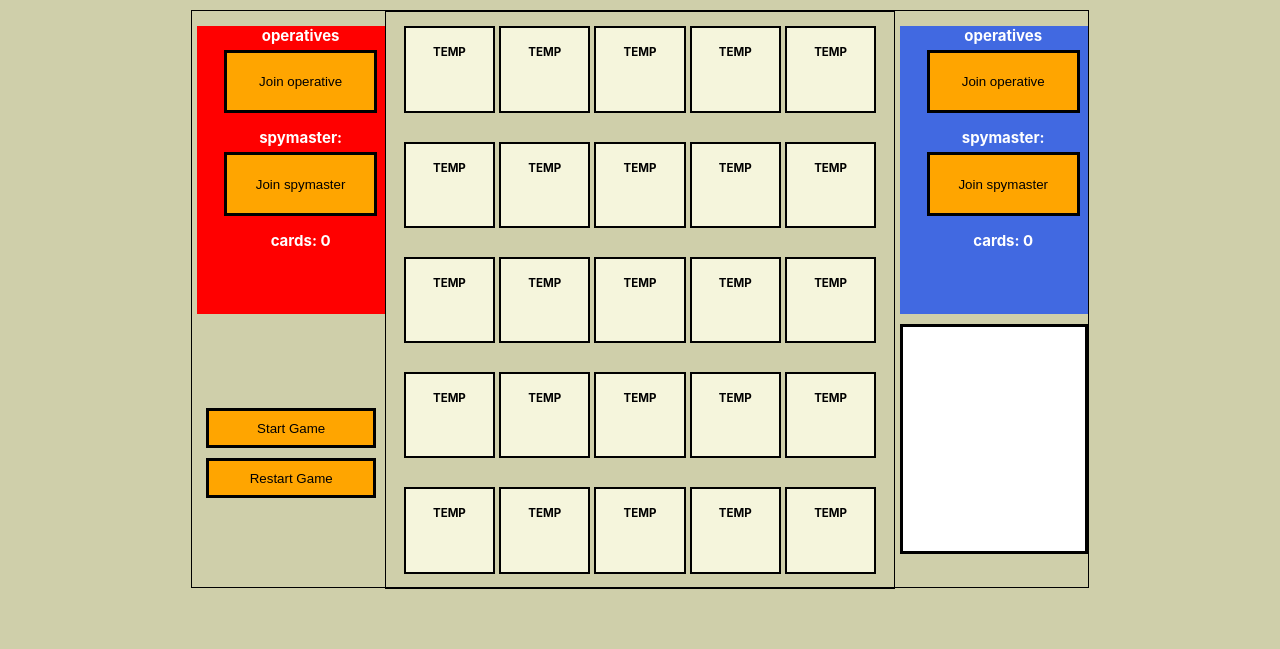
Repository: alcarrizo/Codenames-Fullstack
Page: / (app in client/)
An editor plug-in stored every save of this project. The page is shown before and after the next save, followed by the edit.
The browser window is 1280 px wide. The pictures show the whole page.
The page's requests for data from a server got no answer. The project was rebuilt for these pictures with package versions that can differ from the ones it lists, and the page was loaded fresh each time. No one was signed in, and anything a server would have sent is missing. Imported but missing from the stored project, and not drawn on this page: client/src/reportWebVitals.

Above is the page before, as saved 2023-01-20 18:12:35.

### client/src/index.js
import React from 'react';
import ReactDOM from 'react-dom/client';
import './index.css';
import App from './App';
import reportWebVitals from './reportWebVitals';
import './css/styles.css'


const root = ReactDOM.createRoot(document.getElementById('root'));
root.render(
  <React.StrictMode>
    <App />
  </React.StrictMode>
);

// If you want to start measuring performance in your app, pass a function
// to log results (for example: reportWebVitals(console.log))
// or send to an analytics endpoint. Learn more: https://bit.ly/CRA-vitals
reportWebVitals();

### client/src/App.js
import logo from './logo.svg';
import './App.css';
import { useState, useEffect } from 'react';
import { io } from "socket.io-client";

const Card = ({ card, revealCard, player }) => {

  var className = 'card '
  className = player.role === 'spymaster' ? className + card.team : className
  className = card.clicked ? "card " + card.team + ' picked' : className

  return (
    <div className={className} onClick={() => revealCard(card.id)}>
      {card.word === null ? 'temp' : card.word}
    </div >
  )
}

const PlayerInfo = ({ joinClass, className, joinTeam, numCards }) => {


  return (
    <div className={className + "Team"}>
      <p>operatives </p>
      <p id={className + '-operative-players'}></p>
      <Btn onClick={() => joinTeam(className, 'operative')} className={joinClass} id={className + '-join-operative'} name="Join operative" />
      <p>spymaster: </p>
      <p id={className + '-spymaster-players'}></p>
      <Btn onClick={() => joinTeam(className, 'spymaster')} className={joinClass} id={className + '-join-spymaster'} name="Join spymaster" />
      <p id={className + '-remaining-cards'}>{'cards: ' + numCards}</p>
    </div>
  )

}

const Btn = (props) => {
  return (
    <button id={props.id} onClick={props.onClick} className={props.className}>{props.name}</button>
  )
}

const App = () => {

  const [cards, setCards] = useState(Array(25).fill({
    id: 0,
    word: null,
    team: 'beige',
    clicked: false
  }).map((c, i) => {
    return {
      ...c, id: i
    }
  }
  ))

  // player object
  const [player, setPlayer] = useState({
    name: 'Joker',
    team: null,
    role: null,
    joined: false
  })

  const [clueGiven, setClueGiven] = useState(false)

  // Keeps track of turns
  const [turn, setTurn] = useState('')
  document.body.className = turn

  const [gameStart, setGameStart] = useState(false)

  const [pickLimit, setPickLimit] = useState(0)

  // keeps tracks of how many cards have been clicked in a turn
  const [cardsPicked, setCardsPicked] = useState(0)

  const socket = io()

  socket.on('game-start', game => {
    console.log(game)
  })

  const startGametwo = () => {
    socket.emit('start-game')
  }

  //reveals the clue class if the player is the spymaster,
  //they have the turn, and a clue hasn't been given
  var clueClass = player.team === turn && player.role === 'spymaster' && !clueGiven ? 'clue-area' : 'clue-area hide'
  // revealing the end turn button if it's your turn and your role isn't spymaster
  var endClass = player.team === turn && player.role !== 'spymaster' ? 'menuBtn' : 'menuBtn hide'

  // reveals/hides the join team buttons depending on whether the player has joined or not
  var joinClass = player.joined ? 'join-button hide' : 'join-button'

  var words = "Africa, Agent, Air, Alien, Alps, Amazon, Ambulance, America, Angel, Antarctica, Apple, Arm, Atlantis, Australia, Aztec, Back, Ball, Band, Bank, Bar, Bark, Bat, Battery, Beach, Bear, Beat, Bed, Beijing, Bell, Belt, Berlin, Bermuda, Berry, Bill, Block, Board, Bolt, Bomb, Bond, Boom, Boot, Bottle, Bow, Box, Bridge, Brush, Buck, Buffalo, Bug, Bugle, Button, Calf, Canada, Cap, Capital, Car, Card, Carrot, Casino, Cast, Cat, Cell, Centaur, Center, Chair, Change, Charge, Check, Chest, Chick, China, Chocolate, Church, Circle, Cliff, Cloak, Club, Code, Cold, Comic, Compound, Concert, Conductor, Contract, Cook, Copper, Cotton, Court, Cover, Crane, Crash, Cricket, Cross, Crown, Cycle, Czech, Dance, Date, Day, Death, Deck, Degree, Diamond, Dice, Dinosaur, Disease, Doctor, Dog, Draft, Dragon, Dress, Drill, Drop, Duck, Dwarf, Eagle, Egypt, Embassy, Engine, England, Europe, Eye, Face, Fair, Fall, Fan, Fence, Field, Fighter, Figure, File, Film, Fire, Fish, Flute, Fly, Foot, Force, Forest, Fork, France, Game, Gas, Genius, Germany, Ghost, Giant, Glass, Glove, Gold, Grace, Grass, Greece, Green, Ground, Ham, Hand, Hawk, Head, Heart, Helicopter, Himalayas, Hole, Hollywood, Honey, Hood, Hook, Horn, Horse, Horseshoe, Hospital, Hotel, Ice, Ice cream, India, Iron, Ivory, Jack, Jam, Jet, Jupiter, Kangaroo, Ketchup, Key, Kid, King, Kiwi, Knife, Knight, Lab, Lap, Laser, Lawyer, Lead, Lemon, Leprechaun, Life, Light, Limousine, Line, Link, Lion, Litter, Loch ness, Lock, Log, London, Luck, Mail, Mammoth, Maple, Marble, March, Mass, Match, Mercury, Mexico, Microscope, Millionaire, Mine, Mint, Missile, Model, Mole, Moon, Moscow, Mount, Mouse, Mouth, Mug, Nail, Needle, Net, New york, Night, Ninja, Note, Novel, Nurse, Nut, Octopus, Oil, Olive, Olympus, Opera, Orange, Organ, Palm, Pan, Pants, Paper, Parachute, Park, Part, Pass, Paste, Penguin, Phoenix, Piano, Pie, Pilot, Pin, Pipe, Pirate, Pistol, Pit, Pitch, Plane, Plastic, Plate, Platypus, Play, Plot, Point, Poison, Pole, Police, Pool, Port, Post, Pound, Press, Princess, Pumpkin, Pupil, Pyramid, Queen, Rabbit, Racket, Ray, Revolution, Ring, Robin, Robot, Rock, Rome, Root, Rose, Roulette, Round, Row, Ruler, Satellite, Saturn, Scale, School, Scientist, Scorpion, Screen, Scuba diver, Seal, Server, Shadow, Shakespeare, Shark, Ship, Shoe, Shop, Shot, Sink, Skyscraper, Slip, Slug, Smuggler, Snow, Snowman, Sock, Soldier, Soul, Sound, Space, Spell, Spider, Spike, Spine, Spot, Spring, Spy, Square, Stadium, Staff, Star, State, Stick, Stock, Straw, Stream, Strike, String, Sub, Suit, Superhero, Swing, Switch, Table, Tablet, Tag, Tail, Tap, Teacher, Telescope, Temple, Theater, Thief, Thumb, Tick, Tie, Time, Tokyo, Tooth, Torch, Tower, Track, Train, Triangle, Trip, Trunk, Tube, Turkey, Undertaker, Unicorn, Vacuum, Van, Vet, Wake, Wall, War, Washer, Washington, Watch, Water, Wave, Web, Well, Whale, Whip, Wind, Witch, Worm, Yard".split(',')

  //keeps track of how many cards the user can click given by the spymaster
  const revealCard = (id) => {
    const card = cards.find(c => c.id === id)
    //operatives can't click cards until a clue has been given
    if (!clueGiven) {
      return
    }
    // clicked cards can't be re-clicked
    if (card.clicked) {
      return
    }
    // // makes it so that spymasters, the other team, and spectators
    // //can't click cards during your turn
    // if (player.role === 'spymaster' || player.team !== turn || !player.joined) {
    //   return
    // }

    //prevents people from clicking the cards if the game hasn't
    // started/ ended
    if (!gameStart) {
      return
    }
    //incrementing cards picked
    setCardsPicked(cardsPicked + 1)

    // The plus 1 on cardspicked is because it's behind by 1 number
    if (card.team !== turn || cardsPicked + 1 === pickLimit + 1) {
      if (card.team !== 'black') changeTurn()
    }

    const revealedCard = { ...card, clicked: true }
    setCards(cards.map(c => c.id === id ? revealedCard : c))

  }

  const assignCards = (size, usedArr, arr, ranNum) => {
    // for loop to select 25 unique random words
    for (let i = 0; i < size; i++) {
      let randumNum = Math.round(Math.random() * ranNum)

      while (usedArr.includes(randumNum)) {
        randumNum = Math.round(Math.random() * ranNum)
      }
      usedArr.push(randumNum)
      arr.push(randumNum)
    }
  }

  const changeTurn = () => {
    // changes turn to the opposite team
    const newTurn = turn === 'blue' ? 'red' : 'blue'
    setTurn(newTurn)
    setClueGiven(false)
    setCardsPicked(0)
  }

  const startGame = () => {
    setGameStart(true)
    //randomizing who goes first
    let randNum = Math.round(Math.random())
    const whoseTurn = randNum === 0 ? 'blue' : 'red'
    setTurn(whoseTurn)

    // array to hold the words
    var cardWords = []
    // Keeps track of the selected words to avoid using the same word twice
    var usedWords = []

    // getting the 25 words to be used
    assignCards(25, usedWords, cardWords, 399)

    cardWords = cardWords.map(i => words[i])
    // assigning cards to teams
    // resetting the card team arrays
    var redCards = []
    var blueCards = []
    var blackCard = []
    usedWords = []

    // The one who goes first gets 9 cards, otherwise they get 8
    let blueSize = whoseTurn === 'blue' ? 9 : 8
    let redSize = whoseTurn === 'red' ? 9 : 8

    // getting the black card
    assignCards(1, usedWords, blackCard, 24)

    // picking the blue cards
    assignCards(blueSize, usedWords, blueCards, 24)

    // picking the red cards
    assignCards(redSize, usedWords, redCards, 24)

    const newCards = cards.map((c, i) => {
      let team = 'beige'
      if (redCards.includes(i)) {
        team = 'red'
      }
      else if (blueCards.includes(i)) {
        team = 'blue'
      }
      else if (blackCard.includes(i)) {
        team = 'black'
      }
      return { ...c, clicked: false, word: cardWords[i], team: team }
    })
    setCards(newCards)

    // removing the start game button since the game has started
    document.getElementById('startBtn').className += ' hide'

  }

  const joinTeam = (team, role) => {
    const playerTeam = team === 'blue' ? 'blue' : 'red'
    const playerRole = role === 'operative' ? 'operative' : 'spymaster'

    const newPlayer = { ...player, role: playerRole, team: playerTeam, joined: true }

    //adding player's name to their role location
    document.getElementById(playerTeam + "-" + playerRole + "-players").innerHTML += player.name + " "


    setPlayer(newPlayer)
  }

  const restart = () => {

    setGameStart(false)

    // clearing the team name tags
    document.getElementById("blue-operative-players").innerHTML = " "
    document.getElementById("blue-spymaster-players").innerHTML = " "
    document.getElementById("red-operative-players").innerHTML = " "
    document.getElementById("red-spymaster-players").innerHTML = " "

    // resetting the cards to pre game state
    const newCards = cards.map(c => {
      return {
        ...c,
        word: null,
        team: 'beige',
        clicked: false
      }
    })
    setCards(newCards)

    // resetting player to pre game state
    const newPlayer = {
      ...player,
      team: null,
      role: null,
      joined: false
    }
    setPlayer(newPlayer)

    //resetting Turns to pre game state
    setTurn('')

    //bringing back the start game button
    document.getElementById('startBtn').className = 'menuBtn'

    //resetting the winScreen
    document.getElementById('win-screen').className = 'win-screen hide'

    //resetting the clue variables
    setClueGiven(false)
    setCardsPicked(0)
    setPickLimit(0)
    // resetting the clue log
    document.getElementById('clue-log').innerHTML = ''
  }

  //checks if someone has won whenever a card is picked
  useEffect(() => {
    if (!gameStart) {
      return
    }
    let newWin = false
    let winningTeam = ''
    if (cards.filter(c => c.team === 'blue' && !c.clicked).length === 0) {
      newWin = true
      winningTeam = 'blue'
    }
    else if (cards.filter(c => c.team === 'red' && !c.clicked).length === 0) {
      newWin = true
      winningTeam = 'red'
    }
    else if (cards.filter(c => c.team === 'black' && !c.clicked).length === 0) {
      newWin = true
      winningTeam = turn === 'blue' ? 'red' : 'blue'
    }

    if (newWin === true) {
      setGameStart(false)
      document.getElementById('win-screen').className = 'win-screen'
      document.getElementById('win-screen').innerHTML = winningTeam + ' has won'

      setCards(cards.map(c => { return { ...c, clicked: true } }))
      setTurn(winningTeam)
    }
  }, [cards])


  const giveClue = () => {

    let clue = document.getElementById('clue-text').value
    let clueNum = document.getElementById('clueRange').value
    let limit = clueNum === '10' || clueNum === '0' ? 10 : Number(clueNum)
    clueNum = clueNum === '10' ? "&infin;" : clueNum

    document.getElementById('clue-log').innerHTML += turn + ': ' + clue + ' ' + clueNum + '<br>'
    setClueGiven(true)
    setPickLimit(limit)

    //resetting the clue fields after they are used
    document.getElementById("clueRange").value = '0'
    document.getElementById('clue-text').value = ''
    document.getElementById("rangeNumber").innerHTML = "0"
  }

  const updateClueNum = () => {
    if (document.getElementById("clueRange").value === '10') {
      document.getElementById("rangeNumber").innerHTML = "&infin;"
    }
    else {
      document.getElementById("rangeNumber").innerHTML = document.getElementById("clueRange").value
    }
  }

  return (
    <div className="App">
      <div className='win-screen hide' id='win-screen'></div>

      {/* <button onClick={() => { giveClue('test') }}>test</button> */}

      <div className='wrapper'>
        <div className={"redSide"}>
          <PlayerInfo numCards={cards.filter(c => c.team === 'red' && !c.clicked).length} joinClass={joinClass} joinTeam={joinTeam} className={'red'} />
          <div className='menu'>
            <Btn className='menuBtn' onClick={() => startGame()} id="startBtn" name="Start Game" />
            <Btn className='menuBtn' onClick={() => restart()} id="resetBtn" name="Restart Game" />
          </div>
        </div>

        <div className='gameBoard'>
          {
            cards.map((card) =>
              <Card
                player={player}
                key={card.id}
                card={card}
                revealCard={revealCard} />
            )
          }

        </div>

        <div className={"blueSide"}>
          <PlayerInfo numCards={cards.filter(c => c.team === 'blue' && !c.clicked).length} joinClass={joinClass} joinTeam={joinTeam} className={'blue'} />
          <div id='clue-log' className='clue-log'></div>
          <Btn onClick={() => changeTurn()} className={endClass} id="endTurn" name="End Turn" />
        </div>


      </div>

      <div className={clueClass} id='clue-area'>
        <input className='clue-text' id='clue-text' type="text" />
        <div className="rangeDiv" id="rangeDiv">
          <input onChange={() => { updateClueNum() }} className="clue-range" id='clueRange' type="range" autoComplete='off' min="0" max="10" defaultValue="0" />
          <h3 className="range-number" id="rangeNumber">0</h3>
        </div>
        <Btn onClick={() => { giveClue() }} className="clue-submit" id="clue-submit" name="Give Clue" />
      </div>

    </div>
  );
}

export default App;

### client/src/css/styles.css
h1 {
    margin-bottom: 3px;
}

body {
    background-color: #cfcfaa;
}

body.red {
    background-color: #b44c2b;
}

body.blue {
    background-color: #4799b7;
}

.wrapper {
    position: relative;
    border: 0.05rem solid black;
    width: 70%;
    height: 80vh;
    display: flex;
    background: none;
    margin: 10px auto 0;

}

.gameBoard {
    display: flex;
    flex-wrap: wrap;
    justify-content: center;
    text-align: center;
    width: 35rem;
    height: 100%;
    /*   width: 500px;
    height: 500px; */
    /*width: 15rem;
    height: 15rem;
    */
    border: 0.05rem solid black;
    margin: auto;
}



.card {
    /* background-color: royalblue; */
    background-color: beige;
    box-sizing: border-box;
    /*width: 75px;
    height: 65px;
  */
    /*   width: 5.5rem;
    height: 5rem; */
    width: 18%;
    height: 15%;
    margin: auto 2px;
    border: 2px black solid;
    font-size: .9vw;
    padding-top: 17px;
    text-transform: uppercase;
    font-weight: bold;
    transition: none;
}

.card.blue {
    background-color: royalblue;

}

.card.red {
    background-color: #ff6000;
}

.card.black {
    background-color: black;
    color: white;

}

.card.beige {
    background-color: #b9b979;
}

.card.blue,
.card.red,
.card.black,
.card.beige {
    transition: background-color 1s;
}

.card.blue.picked,
.card.red.picked,
.card.black.picked,
.card.beige.picked {
    transition: opacity 1s;
    opacity: 50%;
}


.redSide,
.blueSide {
    color: white;
    height: 100%;
    width: 13rem;
    font-size: 15px;
    font-weight: bold;
    padding-left: 5px;
    padding-bottom: 10px;
    margin: 0 auto;
}

.blueTeam,
.redTeam {
    height: 50%;
    margin-top: 10px;
    padding-left: 10%;

    box-sizing: border-box;
}

.redTeam {
    background-color: red;

}

.blueTeam {
    background-color: royalblue;

}

.blueSide {
    height: 100%;
}

.join-button {
    display: block;
    width: 90%;
    height: 22%;
    margin: -10px auto 0;
    background-color: orange;
    border: black solid 3px;
}

.join-button.hide {
    display: none;
}

.menuBtn {
    display: block;
    width: 90%;
    height: 40px;
    margin: 0 auto;
    background-color: orange;
    border: black solid 3px;
    margin-bottom: 10px;


}

.menuBtn.hide {
    display: none;
}

.menu {
    display: block;
    width: 100%;
    margin-top: 50%;
}

.clue-log {
    color: black;
    width: 100%;
    height: 40%;
    margin: 10px 0 5px;
    padding-left: 10px;
    background-color: white;
    box-sizing: border-box;
    border: black solid 3px;
    overflow-y: auto;
    line-height: 1.5;
}

.rangeDiv {
    display: inline-block;
    text-align: center;

}

.rangeDiv h3 {
    margin: 0;
    display: inline-block;
}

.clue-area {
    margin: 10px auto 0;
    width: 400px;
    height: 50px;
    margin-bottom: 15px;
}

.clue-area.hide {
    display: none;
}

.clue-submit {
    display: block;
    margin: 10px auto 0;
}

.win-screen {
    box-sizing: border-box;
    margin: 10px auto;
    width: 30%;
    height: 70px;
    background-color: orange;
    top: 35%;
    left: 35%;
    text-align: center;
    font-size: 30px;
    line-height: 60px;
    font-weight: 800;
    border: black solid 3px;

}

.win-screen.hide {
    display: none;
}

Loaded but not shown: client/public/index.html (common file); client/src/index.css (common file); client/src/App.css (common file)

After the next save:
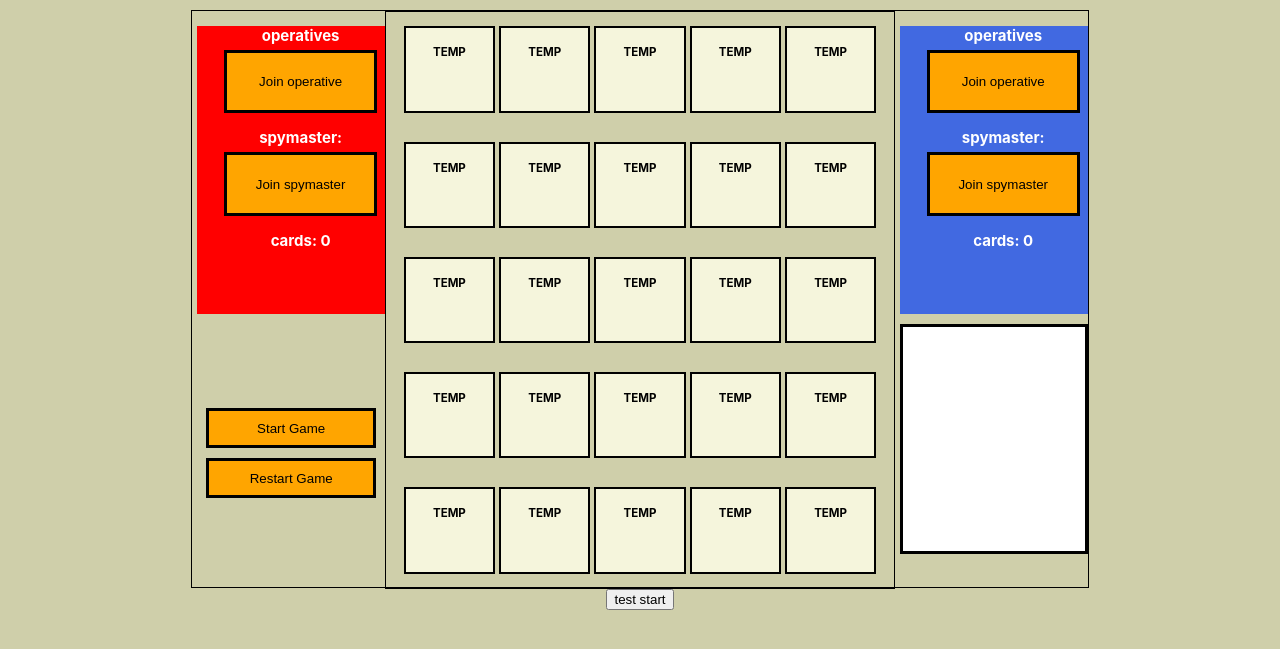
Saved 49 s later.
--- a/client/src/App.js
+++ b/client/src/App.js
@@ -370,6 +370,7 @@ const App = () => {
         <Btn onClick={() => { giveClue() }} className="clue-submit" id="clue-submit" name="Give Clue" />
       </div>
 
+      <button onClick={() => startGameTwo()}> test start </button>
     </div>
   );
 }
